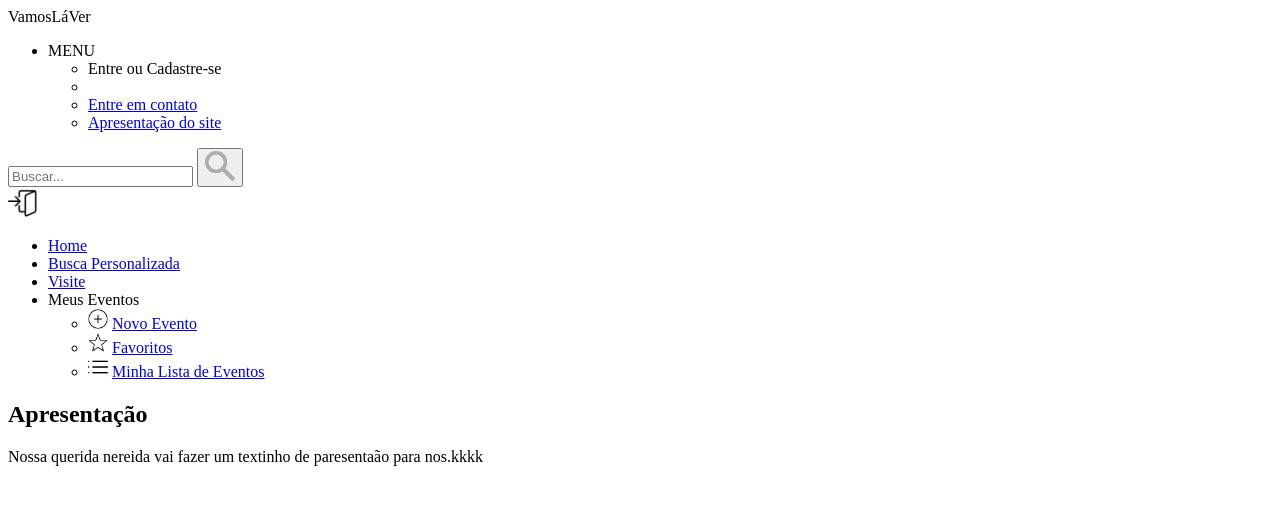
Repository: HtmlProject2000/HTMLproject
Page: VamoLaVer-Eclipse/WebContent/About-us.html
An editor plug-in stored every save of this project. The page is shown before and after the next save, followed by the edit.
The browser window is 1280 px wide. The pictures show the whole page.

Above is the page before, as saved 2017-07-21 03:06:24.

### VamoLaVer-Eclipse/WebContent/About-us.html
<!DOCTYPE html>
<html lang="pt-br">
    <head>
        <meta http-equiv="content-type" content="text/html;charset=utf-8">
        <title></title>
        <script type="text/javascript" src="_Javascript/contact-us-js.js"></script>
    </head>
    <body>
        <div class="conteiner-top">
            <header>
                <div class="conteiner-top"><!--LOGO SEM IMAGEM-->
                    <div class="top-logo">
                        VamosLáVer
                    </div>
                </div>
                <div class="conteiner-navigation">
                    <div class="first-line-navigation">
                        <div class="conteiner-right-top">
                            <nav class="right-top-menu" role="navigation">
                                <ul>
                                    <li>
                                        MENU
                                        <ul><!--DropDown-->
                                            <li>
                                                <a id="a-model-login" onclick="gomodellogin()">Entre ou Cadastre-se</a>
                                            </li>
                                            <li>

                                            </li>
                                            <li>
                                                <a href="contact-us.html">Entre em contato</a>
                                            </li>
                                            <li>
                                                <a href="about-us.html">Apresentação do site</a>
                                            </li>
                                        </ul>
                                    </li>
                                </ul>
                            </nav>
                        </div>
                        <div class="search-box">
                            <input type="text" id="txt-search-box" placeholder="Buscar..."/>
                            <button  id="btn-search">
                                <a href="search-result.html">
                                    <img alt="buscar" height="30px" width="30px" src="_imagens/search-icon-png.png" >
                                </a>
                            </button>
                        </div>
                        <div class="login-or-sing-in-box">
                            <a id="a-model-login" onclick="gomodellogin()">
                                <img alt="login" height="30px" width="30px" src="_imagens/login.png"/>
                            </a>
                        </div>
                    </div>
                    <div id="second-line">
                        <div id="conteiner-nav-in-center">
                            <nav id="nav-variant" role="">
                                <ul>
                                    <li>
                                        <a href="home-page.html">Home</a>
                                    </li>
                                    <li>
                                        <a href="custon-search-page.html">Busca Personalizada</a>
                                    </li>
                                    <li>
                                        <a href="pontos-turisticos.html">Visite</a>
                                    </li>
                                    <li>
                                        Meus Eventos
                                        <ul><!--DROPDOWN-->
                                            <li>
                                                <img alt="novo" height="20px" width="20px" src="_imagens/add-png-black.png">
                                                <a href="new-event.html">Novo Evento</a>
                                            </li>
                                            <li>
                                                <img alt="favorito" height="20px" width="20px" src="_imagens/star-favorite-black-png.png">
                                                <a href="favorite-events.html">Favoritos</a>
                                            </li>
                                            <li>
                                                <img alt="lista" height="20px" width="20px" src="_imagens/list-icon-png-black.png">
                                                <a href="my-events-list.html">Minha Lista de Eventos</a>
                                            </li>
                                        </ul>
                                    </li>
                                </ul>
                            </nav>
                        </div>
                    </div>
                </div>
            </header>
        </div>
        <article>
            <div class="title-page">
                <h1>Apresentação</h1>
            </div>
            <div class="conteiner-text">
                <p>Nossa querida nereida vai fazer um textinho de paresentaão para nos.kkkk</p>
            </div>
        </article>
    </body>
</html>

### VamoLaVer-Eclipse/WebContent/_Javascript/contact-us-js.js
 // Get the modal
function gomodelsidebar(){

            var modal = document.getElementById('modal-rate-this');

            // Get the button that opens the modal
            var a = document.getElementById("btn-sidenav");

            // Get the <span> element that closes the modal
            var span = document.getElementsByClassName("close")[0];

            // When the user clicks the button, open the modal
            a.onclick = function() {
                modal.style.display = "block";
            }

            // When the user clicks on <span> (x), close the modal
            span.onclick = function() {
                modal.style.display = "none";
            }

            // When the user clicks anywhere outside of the modal, close it
            window.onclick = function(event) {
                if (event.target == modal) {
                    modal.style.display = "none";
                }
            }
}
function gomodeloptions(){
    // Get the modal in login
            var modalop = document.getElementById('modal-options');

            // Get the button that opens the modal login
            var aop = document.getElementById("btn-sidenav-options");

            // Get the <span> element that closes the modal login
            var spanop = document.getElementsByClassName("closeop")[0];

            // When the user clicks the button, open the modal login
            aop.onclick = function() {
                modalop.style.display = "block";
            }

            // When the user clicks on <span> (x), close the modal login
            spanop.onclick = function() {
                modalop.style.display = "none";
            }

            // When the user clicks anywhere outside of the modal, close it
            window.onclick = function(event) {
                if (event.target == modalop) {
                    modalop.style.display = "none";
                }
            }
}
function gomodellogin(){
    // Get the modal in login
            var modall = document.getElementById('modal-login');

            // Get the button that opens the modal login
            var al = document.getElementById("a-model-login");

            // Get the <span> element that closes the modal login
            var spanl = document.getElementsByClassName("closel")[0];

            // When the user clicks the button, open the modal login
            al.onclick = function() {
                modall.style.display = "block";
            }

            // When the user clicks on <span> (x), close the modal login
            spanl.onclick = function() {
                modall.style.display = "none";
            }

            // When the user clicks anywhere outside of the modal, close it
            window.onclick = function(event) {
                if (event.target == modall) {
                    modall.style.display = "none";
                }
            }
}

After the next save:
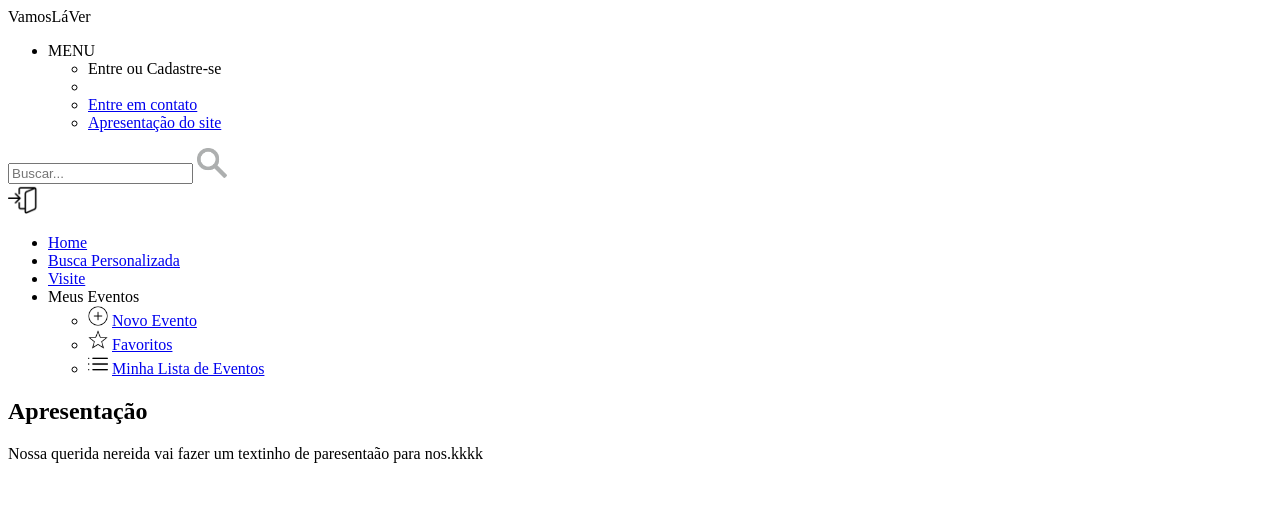
Saved 2 min 17 s later.
--- a/VamoLaVer-Eclipse/WebContent/About-us.html
+++ b/VamoLaVer-Eclipse/WebContent/About-us.html
@@ -40,11 +40,11 @@
                         </div>
                         <div class="search-box">
                             <input type="text" id="txt-search-box" placeholder="Buscar..."/>
-                            <button  id="btn-search">
+<!--                             <button  id="btn-search"> -->
                                 <a href="search-result.html">
                                     <img alt="buscar" height="30px" width="30px" src="_imagens/search-icon-png.png" >
                                 </a>
-                            </button>
+<!--                             </button> -->
                         </div>
                         <div class="login-or-sing-in-box">
                             <a id="a-model-login" onclick="gomodellogin()">
